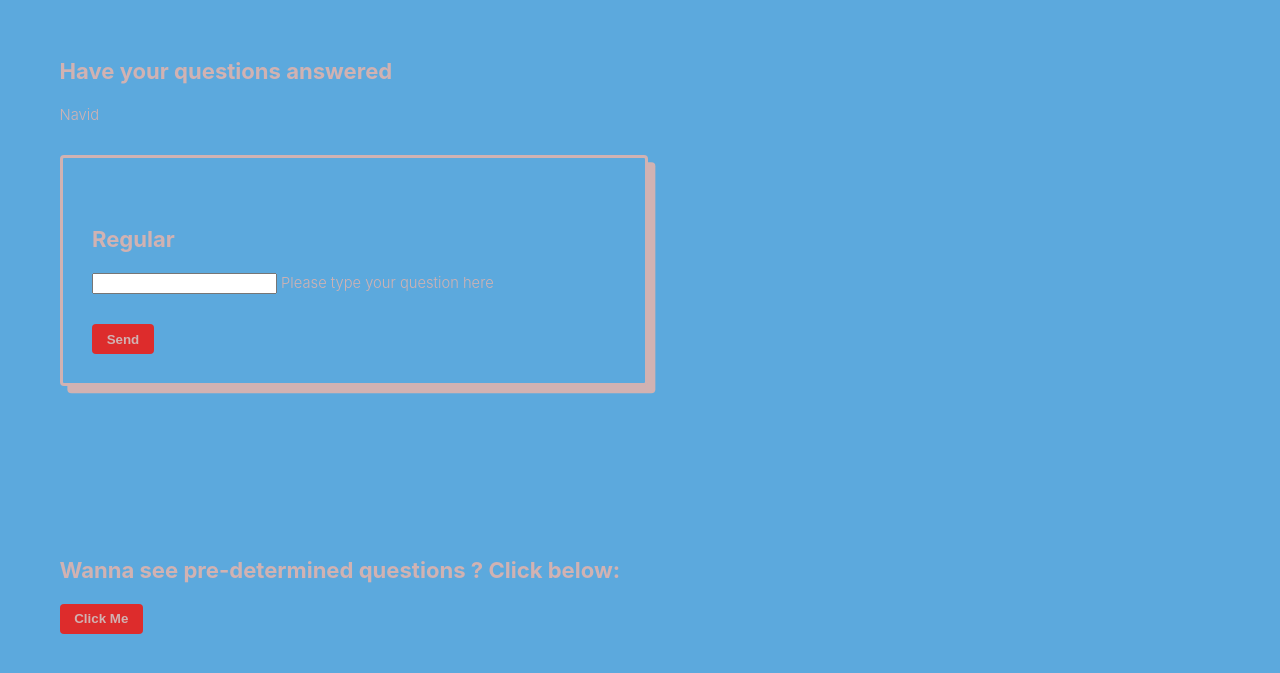
Repository: navid-amini12/capstone-1
Page: quiz.html
The author's editor kept a copy of each file at every save. The page is drawn from the files as they stood at one save, then again after the next save.
The browser window is 1280 px wide. The pictures show the whole page.
Some web fonts or font styles are not loaded; a fallback is used.

Above is the page before, as saved 2022-05-17 13:20:54.

### quiz.html

<head>
    <link rel="stylesheet" href="quiz.css">
    </head>

<article class="l-design-widht">
    <h1>Have your questions answered</h1>

   <p>Navid</p>

    <div class="card">
      <h2><svg class="icon" aria-hidden="true">
        <h2>Regular</h2>
      <label class="input">
        <input class="input__field" type="text" placeholder=" " />
        <span class="input__label">Please type your question here</span>
      </label>
      <div class="button-group">
        <button>Send</button>

      </div>
    </div>



  <svg xmlns="http://www.w3.org/2000/svg" class="hidden">
    <symbol id="icon-coffee" viewBox="0 0 20 20">
      <title>icon-coffee</title>
      <path fill="currentColor" d="M15,17H14V9h3a3,3,0,0,1,3,3h0A5,5,0,0,1,15,17Zm1-6v3.83A3,3,0,0,0,18,12a1,1,0,0,0-1-1Z"/>
      <rect fill="currentColor" x="1" y="7" width="15" height="12" rx="3" ry="3"/>
      <path fill="var(--color-accent)" d="M7.07,5.42a5.45,5.45,0,0,1,0-4.85,1,1,0,0,1,1.79.89,3.44,3.44,0,0,0,0,3.06,1,1,0,0,1-1.79.89Z"/>
      <path fill="var(--color-accent)" d="M3.07,5.42a5.45,5.45,0,0,1,0-4.85,1,1,0,0,1,1.79.89,3.44,3.44,0,0,0,0,3.06,1,1,0,1,1-1.79.89Z"/>
      <path fill="var(--color-accent)" d="M11.07,5.42a5.45,5.45,0,0,1,0-4.85,1,1,0,0,1,1.79.89,3.44,3.44,0,0,0,0,3.06,1,1,0,1,1-1.79.89Z"/>
    </symbol>
  </svg>


    <h1>Wanna see pre-determined questions ? Click below:</h1>
    <button>Click Me</button>

### quiz.css
@import url('https://rsms.me/inter/inter.css');

:root {
  --color-light: rgb(92, 169, 221);
  --color-dark: #d1b2b2;
  --color-signal: #dd2c2c;

  --color-background: var(--color-light);
  --color-text: var(--color-dark);
  --color-accent: var(--color-signal);

  --size-bezel: .5rem;
  --size-radius: 4px;

  line-height: 1.4;

  font-family: 'Inter', sans-serif;
  font-size: calc(.6rem + .4vw);
  color: var(--color-text);
  background: var(--color-background);
  font-weight: 300;
  padding: 0 calc(var(--size-bezel) * 3);
}





.card {
  background: var(--color-background);
  padding: calc(4 * var(--size-bezel));
  margin-top: calc(4 * var(--size-bezel));
  border-radius: var(--size-radius);
  border: 3px solid var(--color-shadow, currentColor);
  box-shadow: .5rem .5rem 0 var(--color-shadow, currentColor);




}


.l-design-widht {
  max-width: 40rem;
  padding: 2rem;
}

.input {
  position: relative;
}
.button-group {
  margin-top: 30px
}
button {
  color: currentColor;
  padding: var(--size-bezel) calc(var(--size-bezel) * 2);
  background: var(--color-accent);
  border: none;
  border-radius: var(--size-radius);
  font-weight: 900;
}


.icon {
  display: inline-block;
  height: 0em;
  margin-right: .5em;
}

After the next save:
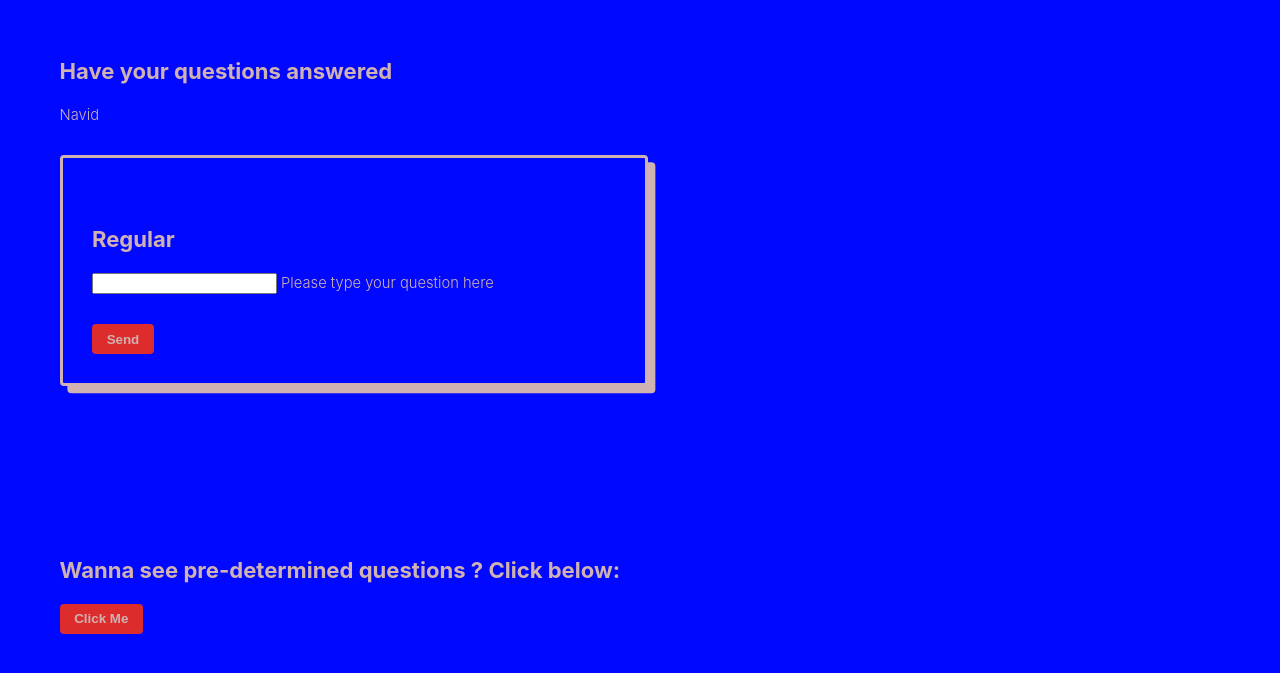
Saved 10 s later.
--- a/quiz.css
+++ b/quiz.css
@@ -1,7 +1,7 @@
 @import url('https://rsms.me/inter/inter.css');
 
 :root {
-  --color-light: rgb(92, 169, 221);
+  --color-light: rgb(0, 8, 255);
   --color-dark: #d1b2b2;
   --color-signal: #dd2c2c;
 
